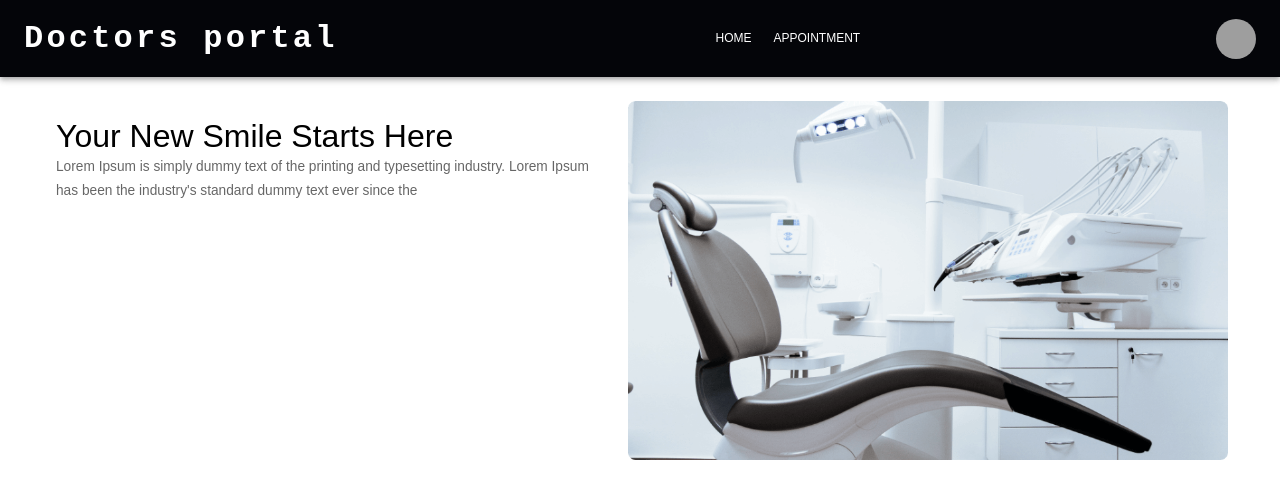
Repository: mdrubel02/health-care
Page: /
These files come from the project's save history. The page is drawn as it stood at one moment and after the next save; the edit follows.
The browser window is 1280 px wide. The pictures show the whole page.
Pictures or frames that could not be fetched are drawn as grey boxes. The project was rebuilt for these pictures with package versions that can differ from the ones it lists, and the page was loaded fresh each time. Also part of the build but not shown: src/Pages/Appointment/Appointment.js.

Above is the page before, as saved 2022-11-14 16:25:22.

### src/index.js
import React from 'react';
import ReactDOM from 'react-dom';
import './index.css';
import App from './App';
import reportWebVitals from './reportWebVitals';
import { ColorContextProvider } from './Theme/Theme';

ReactDOM.render(
  <React.StrictMode>
    <ColorContextProvider>
      <App />
    </ColorContextProvider>
  </React.StrictMode>,
  document.getElementById('root')
);

// If you want to start measuring performance in your app, pass a function
// to log results (for example: reportWebVitals(console.log))
// or send to an analytics endpoint. Learn more: https://bit.ly/CRA-vitals
reportWebVitals();

### src/App.js
import { RouterProvider } from 'react-router-dom';
import router from './Layout/router';

function App() {
  return (
    <div>
     <RouterProvider router={router}></RouterProvider>
    </div>
  );
}

export default App;

### src/Theme/Theme.js
import { createTheme, ThemeProvider } from "@mui/material";
import { createContext, useMemo, useState } from "react";

// color design tokens export
export const DrawerWidth = 250;
export const tokens = (mode) => ({
    ...(mode === "dark"
        ? {
            grey: {
                100: "#e0e0e0",
                200: "#c2c2c2",
                300: "#a3a3a3",
                400: "#858585",
                500: "#666666",
                600: "#525252",
                700: "#3d3d3d",
                800: "#292929",
                900: "#141414",
            },
            primary: {
                100: "#d0d1d5",
                200: "#a1a4ab",
                300: "#727681",
                400: "#1F2A40",
                500: "#141b2d",
                600: "#101624",
                700: "#0c101b",
                800: "#080b12",
                900: "#040509",
            },
            greenAccent: {
                100: "#dbf5ee",
                200: "#b7ebde",
                300: "#94e2cd",
                400: "#70d8bd",
                500: "#4cceac",
                600: "#3da58a",
                700: "#2e7c67",
                800: "#1e5245",
                900: "#0f2922",
            },
            redAccent: {
                100: "#f8dcdb",
                200: "#f1b9b7",
                300: "#e99592",
                400: "#e2726e",
                500: "#db4f4a",
                600: "#af3f3b",
                700: "#832f2c",
                800: "#58201e",
                900: "#2c100f",
            },
            blueAccent: {
                100: "#e1e2fe",
                200: "#c3c6fd",
                300: "#a4a9fc",
                400: "#868dfb",
                500: "#6870fa",
                600: "#535ac8",
                700: "#3e4396",
                800: "#2a2d64",
                900: "#151632",
            },
        }
        : {
            grey: {
                100: "#141414",
                200: "#292929",
                300: "#3d3d3d",
                400: "#525252",
                500: "#666666",
                600: "#858585",
                700: "#a3a3a3",
                800: "#c2c2c2",
                900: "#e0e0e0",
            },
            primary: {
                100: "#040509",
                200: "#080b12",
                300: "#0c101b",
                400: "#f2f0f0", // manually changed
                500: "#141b2d",
                600: "#1F2A40",
                700: "#727681",
                800: "#a1a4ab",
                900: "#d0d1d5",
            },
            greenAccent: {
                100: "#0f2922",
                200: "#1e5245",
                300: "#2e7c67",
                400: "#3da58a",
                500: "#4cceac",
                600: "#70d8bd",
                700: "#94e2cd",
                800: "#b7ebde",
                900: "#dbf5ee",
            },
            redAccent: {
                100: "#2c100f",
                200: "#58201e",
                300: "#832f2c",
                400: "#af3f3b",
                500: "#db4f4a",
                600: "#e2726e",
                700: "#e99592",
                800: "#f1b9b7",
                900: "#f8dcdb",
            },
            blueAccent: {
                100: "#151632",
                200: "#2a2d64",
                300: "#3e4396",
                400: "#535ac8",
                500: "#6870fa",
                600: "#868dfb",
                700: "#a4a9fc",
                800: "#c3c6fd",
                900: "#e1e2fe",
            },
        }),
});

// mui theme settings
export const themeSettings = (mode) => {
    const colors = tokens(mode);
    return {
        palette: {
            mode: mode,
            ...(mode === "dark"
                ? {
                    // palette values for dark mode
                    primary: {
                        main: colors.primary[500],
                    },
                    secondary: {
                        main: colors.greenAccent[500],
                    },
                    neutral: {
                        dark: colors.grey[700],
                        main: colors.grey[500],
                        light: colors.grey[100],
                    },
                    background: {
                        default: colors.primary[500],
                    },
                }
                : {
                    // palette values for light mode
                    primary: {
                        main: colors.primary[100],
                    },
                    secondary: {
                        main: colors.greenAccent[500],
                    },
                    neutral: {
                        dark: colors.grey[700],
                        main: colors.grey[500],
                        light: colors.grey[100],
                    },
                    background: {
                        default: "#fcfcfc",
                    },
                }),
        },
        components: {

            MuiButton: {
                defaultProps: {
                    disableRipple: true,
                    disableElevation: true,
                    styleOverrides: {
                        textDecoration: 'none',
                        "&:hover": {
                            color: "#fff"
                        }
                    },
                },
                MuiTooltip: {
                    defaultProps: {
                      arrow: true,
                    },
                    styleOverrides: {
                      tooltip: {
                        background: '',
                      },
                      arrow: {
                        color: '',
                      },
                    },
                  },
            },
            MuiDrawer: {
                styleOverrides: {
                  paper: {
                    width: DrawerWidth,
                    background: '',
                    color: '',
                    borderRadius: '0px 100px 0px 0px',
                    borderRight: `1px solid `
                  }
                }
              },
              MuiDivider: {
                styleOverrides: {
                  root: {
                    borderColor: 'gray'
                  }
                }
              },
        },
        typography: {
            fontFamily: ["Source Sans Pro", "sans-serif"].join(","),
            fontSize: 12,
            h1: {
                fontFamily: ["Source Sans Pro", "sans-serif"].join(","),
                fontSize: 40,
            },
            h2: {
                fontFamily: ["Source Sans Pro", "sans-serif"].join(","),
                fontSize: 32,
            },
            h3: {
                fontSize: '1.3rem',
                letterSpacing: '0rem',
                '@media (min-width:600px)': {
                  fontSize: '2rem',
                },
            },
            h4: {
                fontFamily: ["Source Sans Pro", "sans-serif"].join(","),
                fontSize: 20,
            },
            h5: {
                fontFamily: ["Source Sans Pro", "sans-serif"].join(","),
                fontSize: 16,
            },
            h6: {
                fontFamily: ["Source Sans Pro", "sans-serif"].join(","),
                fontSize: 14,
            },
        },
    };
};

export const ColorModeContext = createContext({
    toggleMode: () => { },
    mode: "light"
})


export const ColorContextProvider = ({ children }) => {
    const [mode, setMode] = useState("light")

    const colorMode = useMemo(() => ({
        toggleMode: () => setMode(prevMode => prevMode === "light" ? "dark" : "light"),
        mode
    }), [mode])
    const theme = useMemo(() => createTheme(themeSettings(mode)), [mode]);

    return (
        <ColorModeContext.Provider value={colorMode}>
            <ThemeProvider theme={theme}>
                {children}
            </ThemeProvider>
        </ColorModeContext.Provider>
    )
}

### src/Layout/router.js
import { createBrowserRouter } from "react-router-dom";
import Appointment from "../Pages/Appointment/Appointment";
import Home from "../Pages/Home/Home";
import Main from "./Main";


const router = createBrowserRouter([{
    path: '/',
    element: <Main/>,
    children: [
        {path: '/',element: <Home/>},
        {path: '/home',element: <Home/>},
        {path: '/appointment',element: <Appointment/>},
    ]
}])
export default router;

### src/Pages/Home/Home.js
import { Container } from '@mui/material';
import React from 'react';
import Banner from './Banner/Banner';

const Home = () => {
    return (
        <Container>
           <Banner />
        </Container>
    );
};

export default Home;

### src/Layout/Main.js
import React from 'react';
import { Outlet } from 'react-router-dom';
import Header from '../Pages/Header/Header';

const Main = () => {
    return (
        <div>
           <Header/>
           <Outlet/>

        </div>
    );
};

export default Main;

### src/Pages/Home/Banner/Banner.js
import React from 'react';
import { Box, CardContent, CardMedia, Grid, Typography } from '@mui/material';
import chair from '../../../assets/images/chair.png'

const Banner = () => {
    return (
        <Box sx={{ flexGrow: 1, marginTop: '3rem', marginBottom: '3rem' }}>
            <Grid container spacing={3} >
                <Grid xs={6}>
                    <Box sx={{ display: 'flex', flexDirection: 'column' }}>
                        <CardContent sx={{ flex: '1 0 auto' }}>
                            <Typography component="div" variant="h2">
                                Your New Smile Starts Here
                            </Typography>
                            <Typography variant="subtitle1" color="text.secondary" component="div">
                                Lorem Ipsum is simply dummy text of the printing and typesetting industry. Lorem Ipsum has been the industry's standard dummy text ever since the
                            </Typography>
                        </CardContent>

                    </Box>
                </Grid>
                <Grid xs={6}>
                    <CardMedia
                        component="img"
                        sx={{ width: 600 }}
                        image={chair}
                        alt="Live from space album cover"
                    />
                </Grid>
            </Grid>
        </Box>
    );
};

export default Banner;

### src/Pages/Header/Header.js
import { AppBar, Avatar, Box, Button, Container, IconButton, Menu, MenuItem, Toolbar, Tooltip, Typography, useTheme } from '@mui/material';
import AdbIcon from '@mui/icons-material/Adb';
import MenuIcon from '@mui/icons-material/Menu';
import { Link as RouterLink } from 'react-router-dom';
import React, { useState } from 'react';
import { tokens } from '../../Theme/Theme';
// import { Link } from 'react-router-dom';
import './Header.css'


const settings = ['Profile', 'Account', 'Dashboard', 'Logout'];

const Header = () => {
    const theme = useTheme();
    const colors = tokens(theme.palette.mode);
    const [anchorElNav, setAnchorElNav] = useState(null);
    const [anchorElUser, setAnchorElUser] = useState(null);

    const items = <React.Fragment>
        <Button sx={{ color: 'white' }} component={RouterLink} to="/home">Home</Button>
        <Button sx={{ color: 'white' }} component={RouterLink} to="/appointment">Appointment</Button>
    </React.Fragment>

    const handleOpenNavMenu = (event) => {
        setAnchorElNav(event.currentTarget);
    };
    const handleOpenUserMenu = (event) => {
        setAnchorElUser(event.currentTarget);
    };

    const handleCloseNavMenu = () => {
        setAnchorElNav(null);
    };

    const handleCloseUserMenu = () => {
        setAnchorElUser(null);
    };
    return (
        <AppBar position="static">
            <Container maxWidth="xl">
                <Toolbar disableGutters>

                    <Typography
                        variant="h3"
                        noWrap
                        component="a"
                        href="/"
                        sx={{
                            mr: 2,
                            display: { xs: 'none', md: 'flex' },
                            fontFamily: 'monospace',
                            fontWeight: 700,
                            letterSpacing: '.2rem',
                            color: 'inherit',
                            textDecoration: 'none',
                        }}
                    >
                        Doctors portal
                    </Typography>

                    <Box className='middle' sx={{ flexGrow: 1, display: { xs: 'flex' ,  md: 'none' },justifyContent: 'center' }}>
                        <IconButton
                            size="large"
                            aria-label="account of current user"
                            aria-controls="menu-appbar"
                            aria-haspopup="true"
                            onClick={handleOpenNavMenu}
                            color="inherit"
                        >
                            <MenuIcon />
                        </IconButton>
                        <Menu
                            id="menu-appbar"
                            anchorEl={anchorElNav}
                            anchorOrigin={{
                                vertical: 'bottom',
                                horizontal: 'left',
                            }}
                            keepMounted
                            transformOrigin={{
                                vertical: 'top',
                                horizontal: 'left',
                            }}
                            open={Boolean(anchorElNav)}
                            onClose={handleCloseNavMenu}
                            sx={{
                                display: { xs: 'block', md: 'none' },
                            }}
                        >

                            <MenuItem onClick={handleCloseNavMenu}>
                                <Typography variant="h5" sx={{ color: 'withe' }} textAlign="center">{items}</Typography>
                            </MenuItem>

                        </Menu>
                    </Box>

                    <Typography
                        variant="h3"
                        noWrap
                        component="a"
                        href=""
                        sx={{
                            mr: 2,
                            display: { xs: 'flex', md: 'none' },
                            flexGrow: 1,
                            fontFamily: 'monospace',
                            fontWeight: 700,
                            letterSpacing: '.3rem',
                            color: 'inherit',
                            textDecoration: 'none',
                        }}
                    >
                        Doctors portal
                    </Typography>
                    <Box sx={{ flexGrow: 1, display: { xs: 'none', md: 'flex' } }}>

                        <Button

                            onClick={handleCloseNavMenu}
                            sx={{ color: `${colors.grey[400]} !important`, my: 2, display: 'block' }}
                        >
                            {items}
                        </Button>

                    </Box>

                    <Box sx={{ flexGrow: 0 }}>
                        <Tooltip title="Open settings">
                            <IconButton onClick={handleOpenUserMenu} sx={{ p: 0 }}>
                                <Avatar alt="Remy Sharp" src="/static/images/avatar/2.jpg" />
                            </IconButton>
                        </Tooltip>
                        <Menu
                            sx={{ mt: '45px' }}
                            id="menu-appbar"
                            anchorEl={anchorElUser}
                            anchorOrigin={{
                                vertical: 'top',
                                horizontal: 'right',
                            }}
                            keepMounted
                            transformOrigin={{
                                vertical: 'top',
                                horizontal: 'right',
                            }}
                            open={Boolean(anchorElUser)}
                            onClose={handleCloseUserMenu}
                        >
                            {settings.map((setting) => (
                                <MenuItem key={setting} onClick={handleCloseUserMenu}>
                                    <Typography textAlign="center">{setting}</Typography>
                                </MenuItem>
                            ))}
                        </Menu>
                    </Box>
                </Toolbar>
            </Container>
        </AppBar>
    );
};

export default Header;

### src/Pages/Header/Header.css
.lip{
    color: white;
}
.css-1t6c9ts{
    justify-content: center;
}

Loaded but not shown: public/index.html (common file); src/index.css (common file); src/reportWebVitals.js (common file)

After the next save:
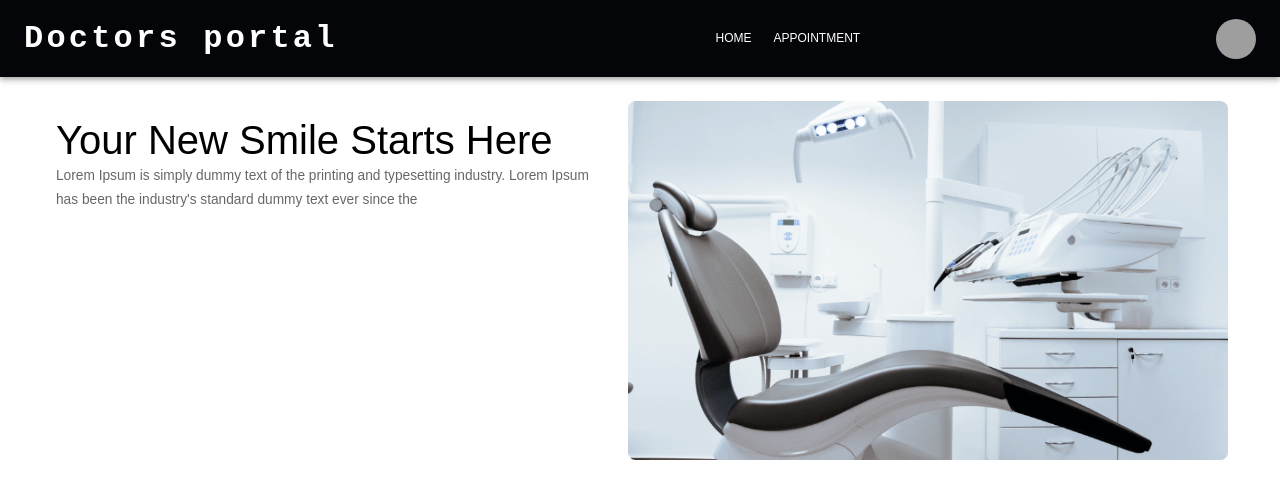
Saved 19 s later.
--- a/src/Pages/Home/Banner/Banner.js
+++ b/src/Pages/Home/Banner/Banner.js
@@ -9,7 +9,7 @@ const Banner = () => {
                 <Grid xs={6}>
                     <Box sx={{ display: 'flex', flexDirection: 'column' }}>
                         <CardContent sx={{ flex: '1 0 auto' }}>
-                            <Typography component="div" variant="h2">
+                            <Typography component="div" variant="h1">
                                 Your New Smile Starts Here
                             </Typography>
                             <Typography variant="subtitle1" color="text.secondary" component="div">
